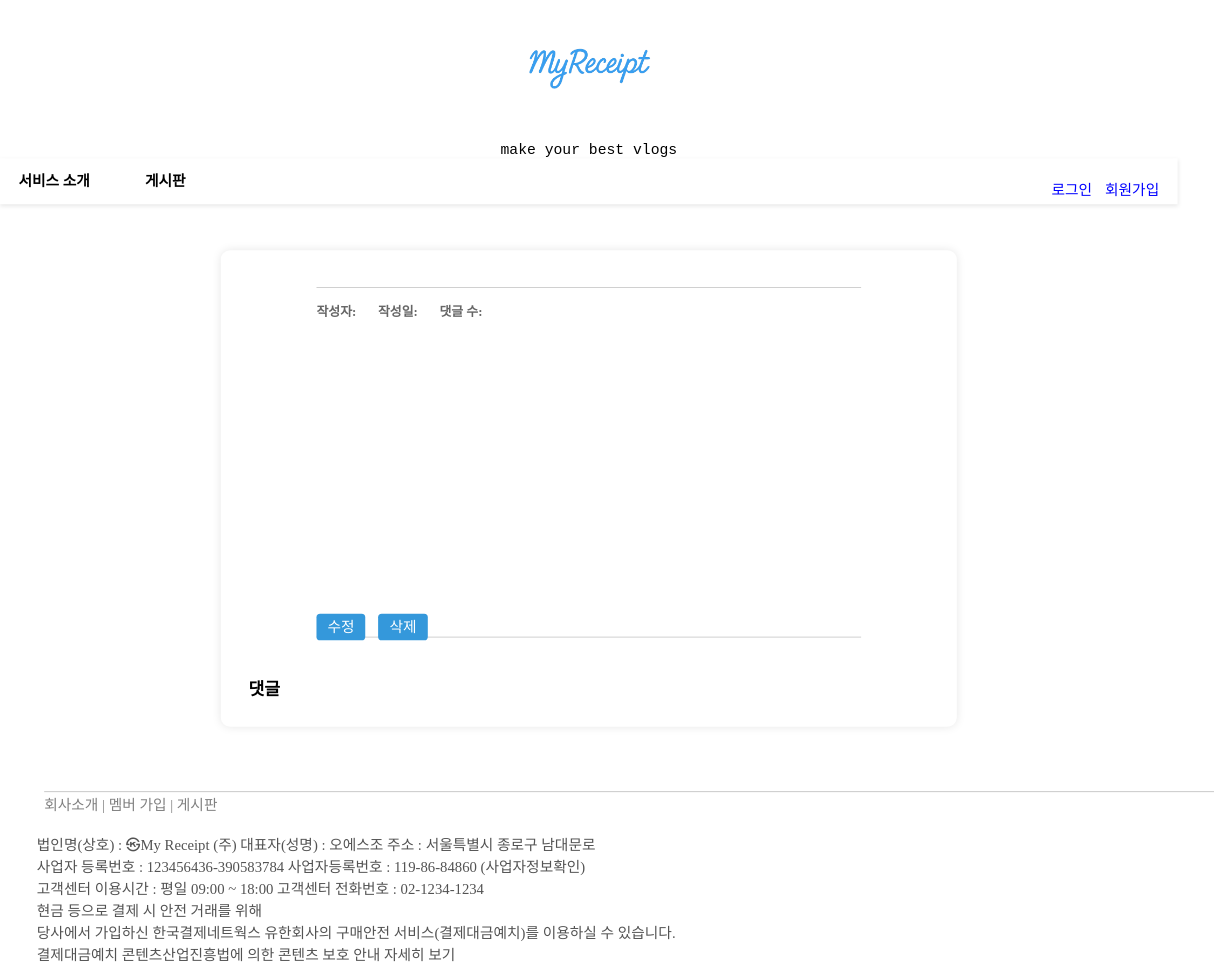
Repository: shong69/mini-project
Page: http://localhost/myReceipt2/WEB-INF/views/boardDetail.jsp
An editor plug-in stored every save of this project. The page is shown before and after the next save, followed by the edit.
The browser window is 1280 px wide. The page is 1320 px wide, so the pictures cover 1320 px, including what lies to the right of the window. The pictures show the whole page, at 92% of full size.
Some web fonts or font styles are not loaded; a fallback is used. The page is served by Tomcat 10. Nobody is signed in. Other server files are loaded and not shown. The template is opened directly, without the code that normally fills it, so the values that code supplies are empty.

Above is the page before, as saved 2025-05-06 18:13:27.

### jspProject/myReceipt2/src/main/webapp/WEB-INF/views/boardDetail.jsp
<%@ page language="java" contentType="text/html; charset=UTF-8"
    pageEncoding="UTF-8"%>
<%@ taglib prefix="c" uri="http://java.sun.com/jsp/jstl/core" %>
<!DOCTYPE html>
<html>
<head>
<meta charset="UTF-8">
<title>Detail</title>
<link rel="stylesheet" type="text/css" href="resources/css/main.css">
<style type="text/css">
/* main.css 내부에 추가 */
.main-content {
    max-width: 800px;
    margin: 50px auto;
    padding: 30px;
    background: #ffffff;
    box-shadow: 0 0 10px rgba(0,0,0,0.1);
    border-radius: 10px;
    font-family: 'Segoe UI', sans-serif;
}

.post-detail{
	width:80%;
	border-bottom:1px solid #ccc;
}
.post-detail h2 {
    font-size: 28px;
    margin-bottom: 15px;
    border-bottom: 1px solid #ccc;
    padding-bottom: 10px;
}

.post-meta span {
    margin-right: 20px;
    color: #666;
    font-size: 14px;
}

.post-content {
    margin-top: 20px;
    line-height: 1.6;
    font-size: 16px;
    min-height:300px;
}

.post-actions a {
    margin-right: 10px;
    padding: 6px 12px;
    background-color: #3498db;
    color: white;
    text-decoration: none;
    border-radius: 4px;
}

.comments-section {
    margin-top: 40px;
    width:100%;
}

.comment {
    margin-bottom: 20px;
    padding: 10px;
    background-color: #f4f4f4;
    border-radius: 5px;
	min-width:400px;
}
.child-comment {
    margin-left: 25px;
}

.comment-nickname {
    font-weight: bold;
    margin-right: 10px;
}

.comment-date {
    color: #aaa;
    font-size: 12px;
}

.comment-form textarea {
    width: 100%;
    height: 80px;
    margin-top: 10px;
    margin-bottom: 10px;
    padding: 8px;
    resize: vertical;
    border-radius: 5px;
    border: 1px solid #ccc;
}

.comment-form button {
    background-color: #2ecc71;
    color: white;
    padding: 8px 16px;
    border: none;
    border-radius: 5px;
    cursor: pointer;
}

</style>
<script type="text/javascript" src="resources/js/jquery-3.1.1.min.js"></script>
</head>
<body>
<jsp:include page="/WEB-INF/views/common/header.jsp"></jsp:include>
 <main class="main-content">
        <div class="post-detail">
            <h2>${post.title}</h2>
            <div class="post-meta">
                <span><strong>작성자:</strong> ${post.nickName}</span>
                <span><strong>작성일:</strong> ${post.date}</span>
                <span><strong>댓글 수:</strong> ${post.commentCount}</span>
            </div>

            <div class="post-content">
                <p>${post.content}</p>
            </div>

            <c:if test="${sessionScope.loginMember.id == post.memberId}">
                <div class="post-actions">
                    <a href="/myReceipt2/update?id=${post.id}">수정</a>
                    <a href="/myReceipt2/delete?id=${post.id}" onclick="return confirm('정말 삭제하시겠습니까?');">삭제</a>
                </div>
            </c:if>
        </div>

        <!-- 댓글 섹션 -->
        <div class="comments-section">
            <h3>댓글</h3>
			<c:forEach var="comment" items="${commentList}">
			    <div class="comment ${comment.parentCommentId != 0 ? 'child-comment' : ''}">
			        <span class="comment-nickname">${comment.memberNickname}</span>
			        <span class="comment-date">${comment.date}</span>
			        <p class="comment-content">${comment.content}</p>
			    </div>
			</c:forEach>



            <c:if test="${not empty sessionScope.loginMember}">
                <form action="/myReceipt2/comment/insert" method="post" class="comment-form">
                    <input type="hidden" name="postId" value="${post.id}" />
                    <textarea name="content" placeholder="댓글을 입력하세요..." required></textarea>
                    <button type="submit">댓글 등록</button>
                </form>
            </c:if>
        </div>
    </main>
<jsp:include page="/WEB-INF/views/common/footer.jsp"></jsp:include>
</body>
</html>

### jspProject/myReceipt2/src/main/webapp/WEB-INF/views/common/header.jsp
<%@ page language="java" contentType="text/html; charset=UTF-8"
    pageEncoding="UTF-8"%>
<%@ taglib prefix="c" uri="http://java.sun.com/jsp/jstl/core" %>
	<div id="header">
		<a href="/myReceipt2/index"><img src="resources/imgs/logo.png" style="width:150px;"/></a>
		<p style="font-family: 'Courier New', Courier, monospace;">make your best vlogs</p>
	</div>
	<div id="nav-bar">
		<div id="menu">
			<a href="/myReceipt2/intro">서비스 소개</a>
			<a href="/myReceipt2/board">게시판</a>
		</div>
		<div id="loginSt">
			<c:choose>
				<c:when test="${not empty sessionScope.loginMember} ">
					<p>%{sessionScope.loginMember.nickName}님이 로그인 중</p>
					<a href="/myReceipt2/logout">로그아웃</a>

				</c:when>
				<c:otherwise>
					<a href="/myReceipt2/login">로그인</a>
					<a href="/myReceipt2/sign">회원가입</a>
				</c:otherwise>
			</c:choose>
		</div>

	</div>

### jspProject/myReceipt2/src/main/webapp/WEB-INF/views/common/footer.jsp
<%@ page language="java" contentType="text/html; charset=UTF-8"
    pageEncoding="UTF-8"%>
	<footer class="footer">
	    <section>
	        <div class="footer-nav">
	            <a href="/">회사소개 |</a>
	            <a href="/signup">멤버 가입 |</a>
	            <a href="/">게시판</a>
	        </div>
	    </section>
	    <section>
	        <div>
	            법인명(상호) : ㉿My Receipt (주) 대표자(성명) : 오에스조 주소 : 서울특별시 종로구 남대문로 <br>
	            사업자 등록번호 : 123456436-390583784  사업자등록번호 : 119-86-84860 (사업자정보확인)<br>
	            고객센터 이용시간 : 평일 09:00 ~ 18:00  고객센터 전화번호 : 02-1234-1234
	        </div>

	        <div>
	            현금 등으로 결제 시 안전 거래를 위해<br>
	            당사에서 가입하신 한국결제네트웍스 유한회사의 구매안전 서비스(결제대금예치)를 이용하실 수 있습니다.<br>
	            결제대금예치 콘텐츠산업진흥법에 의한 콘텐츠 보호 안내 자세히 보기
	        </div>
	    </section>
	</footer>

### jspProject/myReceipt2/src/main/webapp/resources/css/main.css
* {
	box-sizing: border-box;
	padding: 0;
	margin: 0;
	font-family: 'main';
}
/* 메인 폰트 */
@font-face {
	font-family: 'main';
	src:
		url('https://fastly.jsdelivr.net/gh/Project-Noonnu/noonfonts_2107@1.1/Pretendard-Regular.woff')
		format('woff');
	font-style: normal;
	font-weight: 400;
}

/*header*/
#header {
	width: 100%;
	text-align: center;
}

#header>div:first-child {
	margin-bottom: 15px;
}

#nav-bar {
	line-height: 50px;
	height: 50px;
	position: sticky;
	top: 0;
	left: 0;
	background-color: white;
	z-index: 1000;
	box-shadow: 0 2px 5px rgba(0, 0, 0, 0.1);
}

#loginSt {
	position: absolute;
	top: 10px;
	right: 20px;
}

#loginSt a {
	margin-left: 10px;
	color: blue;
	text-decoration: none;
}

#menu {
	display: flex;
	gap: 20px;
}

#menu a {
	text-decoration: none;
	color: black;
	font-weight: bold;
	padding: 0 20px;
	position: relative;
	overflow: hidden;
	transition: background-color 0.5s ease;
}

#menu a:hover {
	background-color: #335085;
	animation-duration: 2s;
	color: whitesmoke;
}

main {
	background-color: #3498db;
	display: flex;
	flex-direction: column;
	align-items: center;
	min-height:500px;
}

.section-title {
	font-size: 3.5rem;
	margin: 100px 0 70px 0;
}

#carousel {
	width: 90%;
	height: 300px;
	background-color: #ddd;
	margin-top: 20px;
}
/*footer*/
.footer {
	background-color: white;
	width: 100%;
	height: auto;
	display: flex;
	flex-direction: column;
	padding-top: 20px;
	margin: 0 40px;
}

.footer>section:first-child {
	border-top: 1px solid #c5c5c5;
	display: flex;
	flex-direction: row;
	margin-left: 8px;
}

.footer>section a {
	color: gray;
	text-decoration: none;
}

.footer>section:nth-child(2) {
	padding-top: 20px;
	color: rgb(83, 83, 83);
}

Loaded but not shown: jspProject/myReceipt2/src/main/webapp/resources/js/jquery-3.1.1.min.js (library)

After the next save:
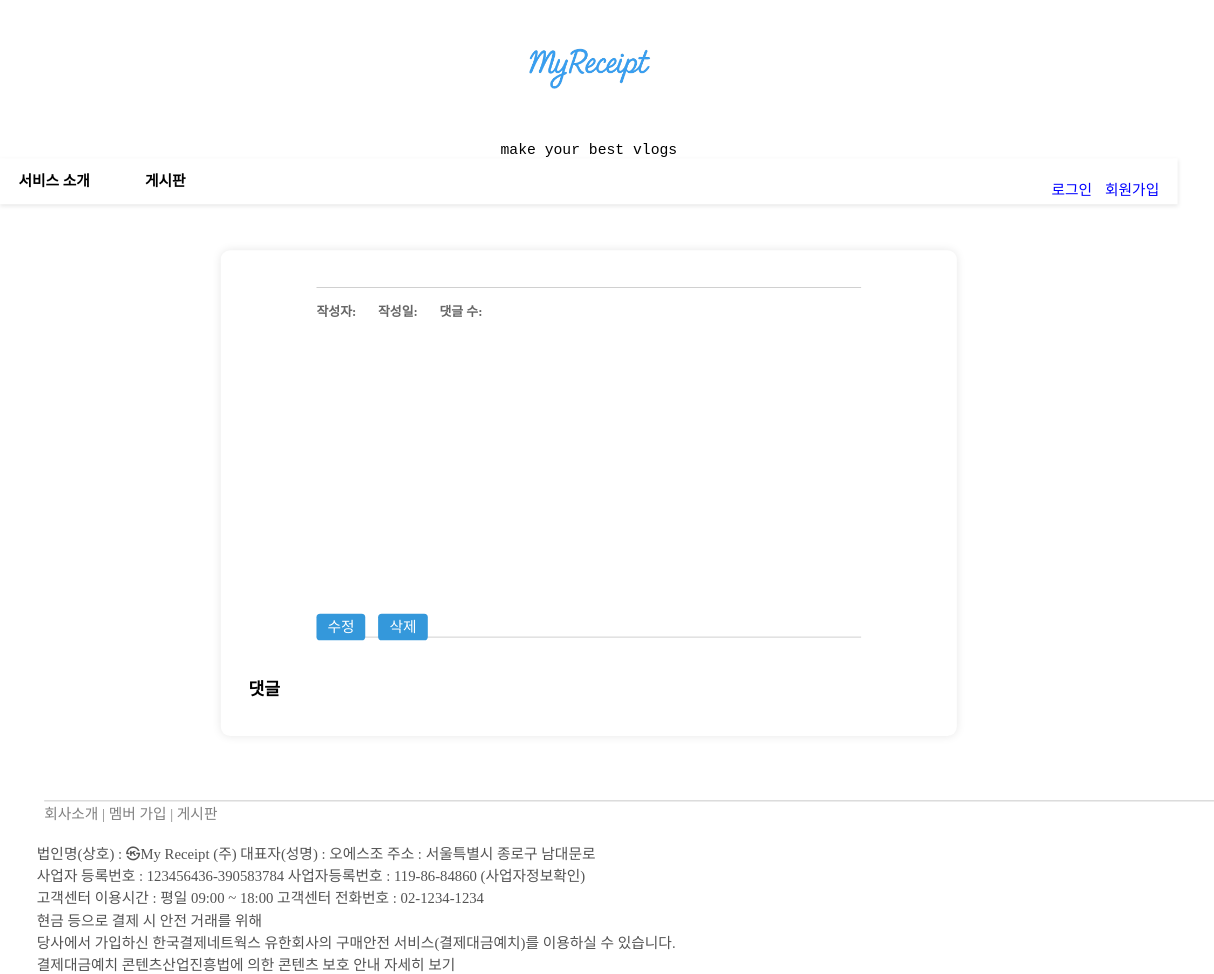
Saved 48 s later.
--- a/jspProject/myReceipt2/src/main/webapp/WEB-INF/views/boardDetail.jsp
+++ b/jspProject/myReceipt2/src/main/webapp/WEB-INF/views/boardDetail.jsp
@@ -51,7 +51,9 @@
     text-decoration: none;
     border-radius: 4px;
 }
-
+h3{
+	margin-bottom:10px;
+}
 .comments-section {
     margin-top: 40px;
     width:100%;
